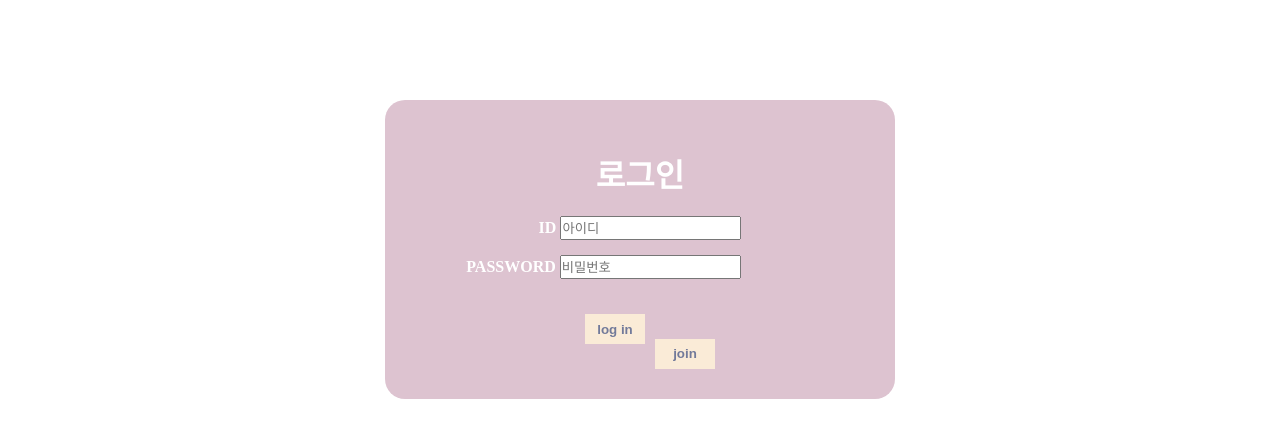
Repository: kayoyo/jsp
Page: http://localhost/BoardWeb_4/login
An editor plug-in stored every save of this project. The page is shown before and after the next save, followed by the edit.
The browser window is 1280 px wide. The pictures show the whole page.
The page is served by Tomcat 9.

Above is the page before, as saved 2020-08-28 07:01:59.

After the next save:
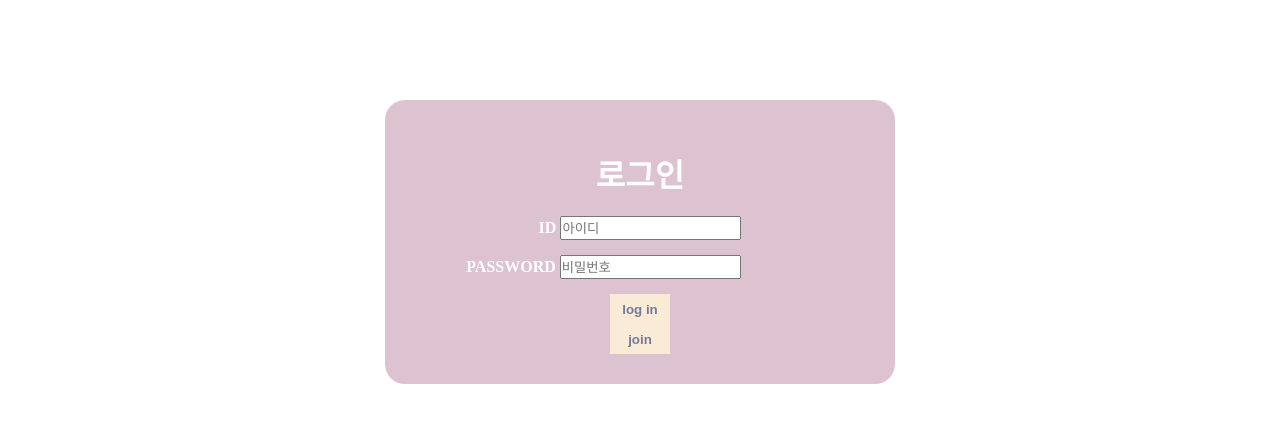
Saved 24 s later.
--- a/BoardWeb_4/WebContent/WEB-INF/jsp/user/login.jsp
+++ b/BoardWeb_4/WebContent/WEB-INF/jsp/user/login.jsp
@@ -14,9 +14,9 @@
  .pw {margin-right: 73px;}
  .pw, .id {color: white; margin-bottom: 15px; font-weight:bold;}
  input {height : 20px;}
- #loginBtn {width: 60px; height: 30px; margin-left: -50px; margin-top: 20px;
+ #loginBtn {width: 60px; height: 30px;
  		color: #727A9A; background-color: #faebd7; font-weight:bold; border:none;}
- #joinBtn {width: 60px; height: 30px; margin-left: 90px; margin-top: -50px;
+ #joinBtn {width: 60px; height: 30px;
  		color: #727A9A; background-color: #faebd7; font-weight:bold; border:none; }
 
 
